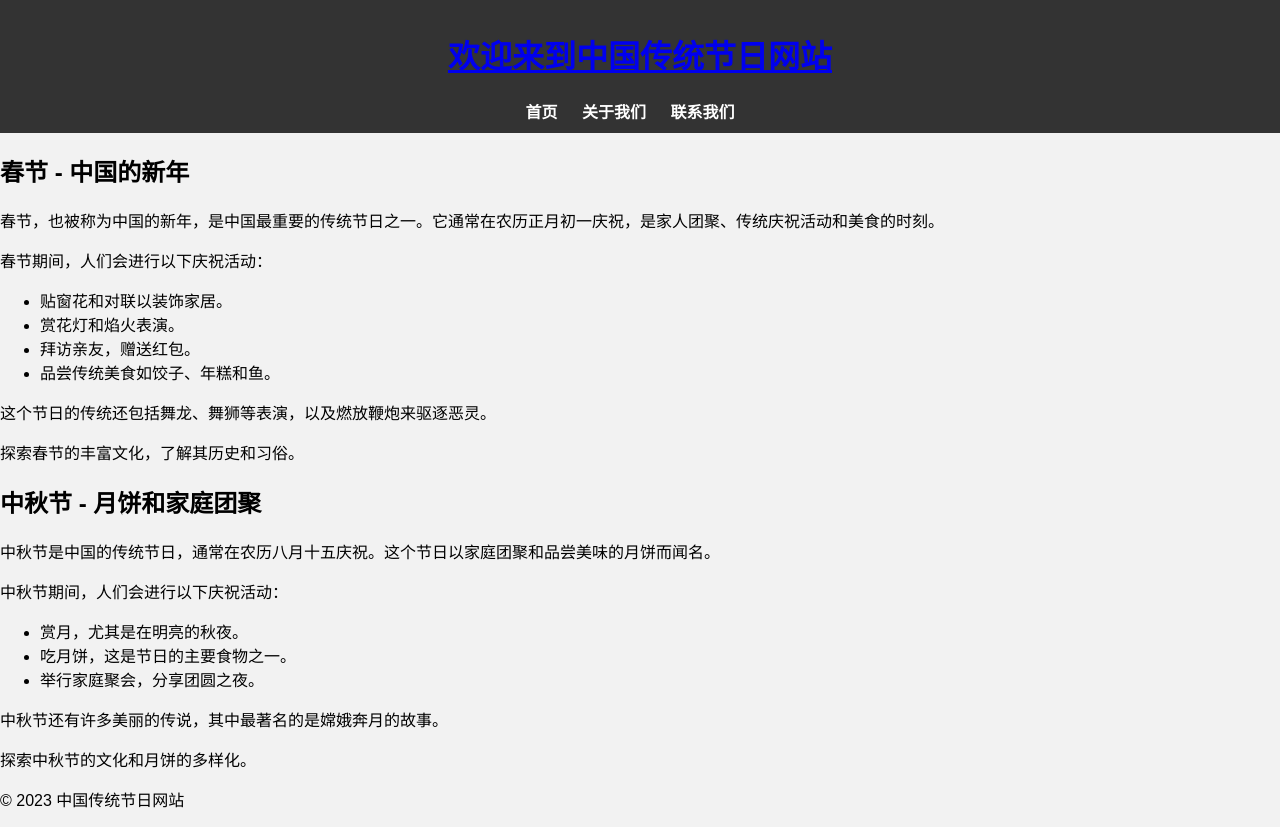
Repository: XueJie1/computer-operation-basics
Page: index.html
An editor plug-in stored every save of this project. The page is shown before and after the next save, followed by the edit.
The browser window is 1280 px wide. The pictures show the whole page.

Above is the page before, as saved 2023-08-30 14:14:33.

### index.html
<!DOCTYPE html>
<html lang="zh-CN">

<head>
    <meta charset="UTF-8">
    <meta name="viewport" content="width=device-width, initial-scale=1.0">
    <title>中国传统节日</title>
    <link rel="stylesheet" type="text/css" href="styles.css" />
    <script src="https://cdn.bootcdn.net/ajax/libs/jquery/3.6.4/jquery.js"></script>
</head>

<body>
    <div id="header"></div>
    <main>
        <section id="spring-festival">
            <h2>春节 - 中国的新年</h2>
            <p>春节，也被称为中国的新年，是中国最重要的传统节日之一。它通常在农历正月初一庆祝，是家人团聚、传统庆祝活动和美食的时刻。</p>
            <p>春节期间，人们会进行以下庆祝活动：</p>
            <ul>
                <li>贴窗花和对联以装饰家居。</li>
                <li>赏花灯和焰火表演。</li>
                <li>拜访亲友，赠送红包。</li>
                <li>品尝传统美食如饺子、年糕和鱼。</li>
            </ul>
            <p>这个节日的传统还包括舞龙、舞狮等表演，以及燃放鞭炮来驱逐恶灵。</p>
            <p>探索春节的丰富文化，了解其历史和习俗。</p>
        </section>

        <section id="mid-autumn-festival">
            <h2>中秋节 - 月饼和家庭团聚</h2>
            <p>中秋节是中国的传统节日，通常在农历八月十五庆祝。这个节日以家庭团聚和品尝美味的月饼而闻名。</p>
            <p>中秋节期间，人们会进行以下庆祝活动：</p>
            <ul>
                <li>赏月，尤其是在明亮的秋夜。</li>
                <li>吃月饼，这是节日的主要食物之一。</li>
                <li>举行家庭聚会，分享团圆之夜。</li>
            </ul>
            <p>中秋节还有许多美丽的传说，其中最著名的是嫦娥奔月的故事。</p>
            <p>探索中秋节的文化和月饼的多样化。</p>
        </section>

        <!-- 添加更多节日的信息 -->

    </main>


    <div id="footer"></div>
    <script>
        $("#header").load("./pages/header.html");
        $("#footer").load("./pages/footer.html");
    </script>
</body>

</html>

### styles.css
embed {
    width: 100%;
    scrollbar-width: none;
}

body {
    font-family: Arial, sans-serif;
    margin: 0;
    padding: 0;
    background-color: #f2f2f2;
}

/* 样式化导航菜单 */
header {
    background-color: #333;
    color: #fff;
    padding: 10px 0;
}

header h1{
    text-align: center;
}

nav ul {
    list-style-type: none;
    margin: 0;
    padding: 0;
    text-align: center;
}

nav ul li {
    display: inline;
    margin-right: 20px;
}

nav ul li a {
    text-decoration: none;
    color: #fff;
    font-weight: bold;
    font-size: 16px;
}

nav ul li a:hover {
    color: #ff9900; /* 鼠标悬停时的颜色 */
}

### pages/header.html
<header>
    <h1><a href="../index.html">欢迎来到中国传统节日网站</a></h1>
    <!-- 这里放置你的网站导航菜单、标志等内容 -->
    <nav>
        <ul>
            <li><a href="../index.html">首页</a></li>
            <li><a href="../about.html">关于我们</a></li>
            <li><a href="../contact.html">联系我们</a></li>
            <!-- 添加其他页面链接 -->
        </ul>
    </nav>
</header>

### pages/footer.html
<footer>
    <p>&copy; 2023 中国传统节日网站</p>
</footer>

After the next save:
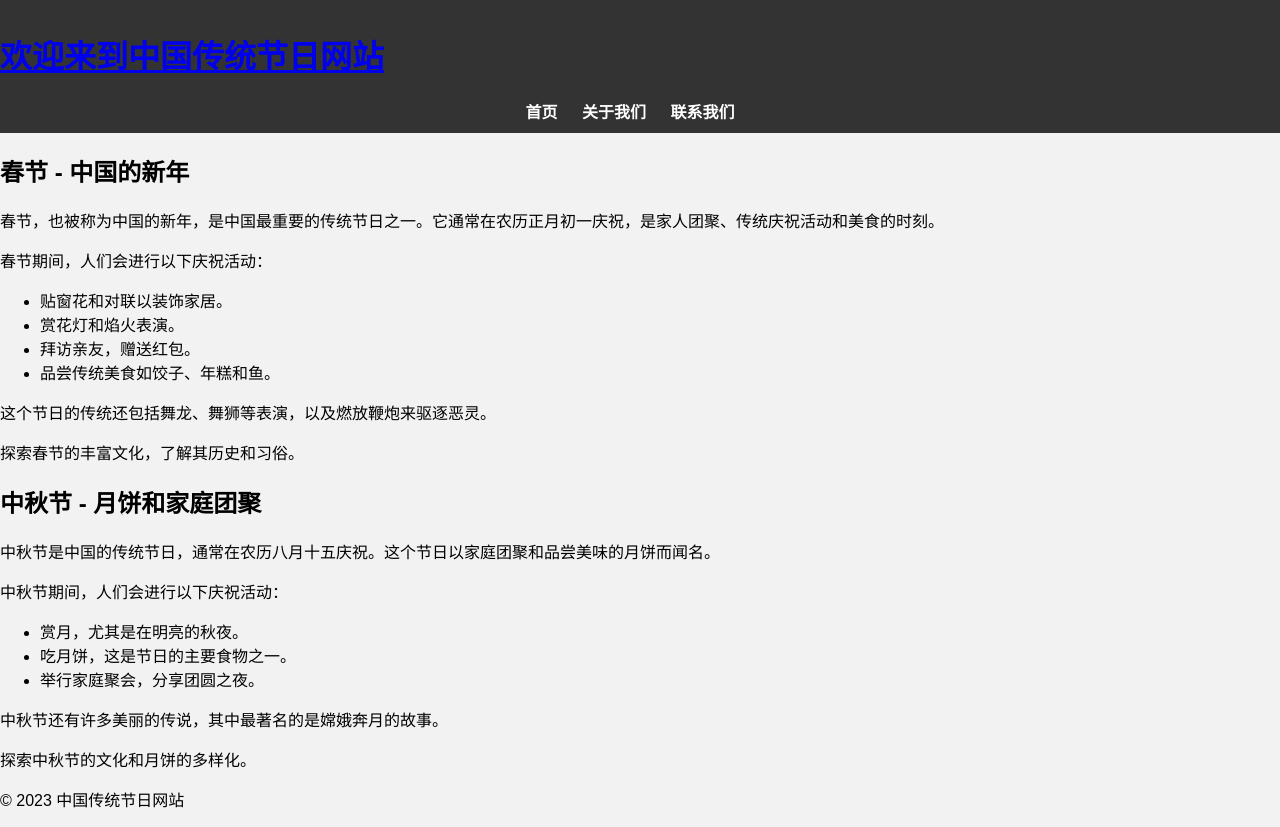
Saved 65 s later.
--- a/styles.css
+++ b/styles.css
@@ -18,7 +18,9 @@
 }
 
 header h1{
-    text-align: center;
+    text-align: center
+    text-decoration: none;
+    color: #fff;
 }
 
 nav ul {

After the save that followed:
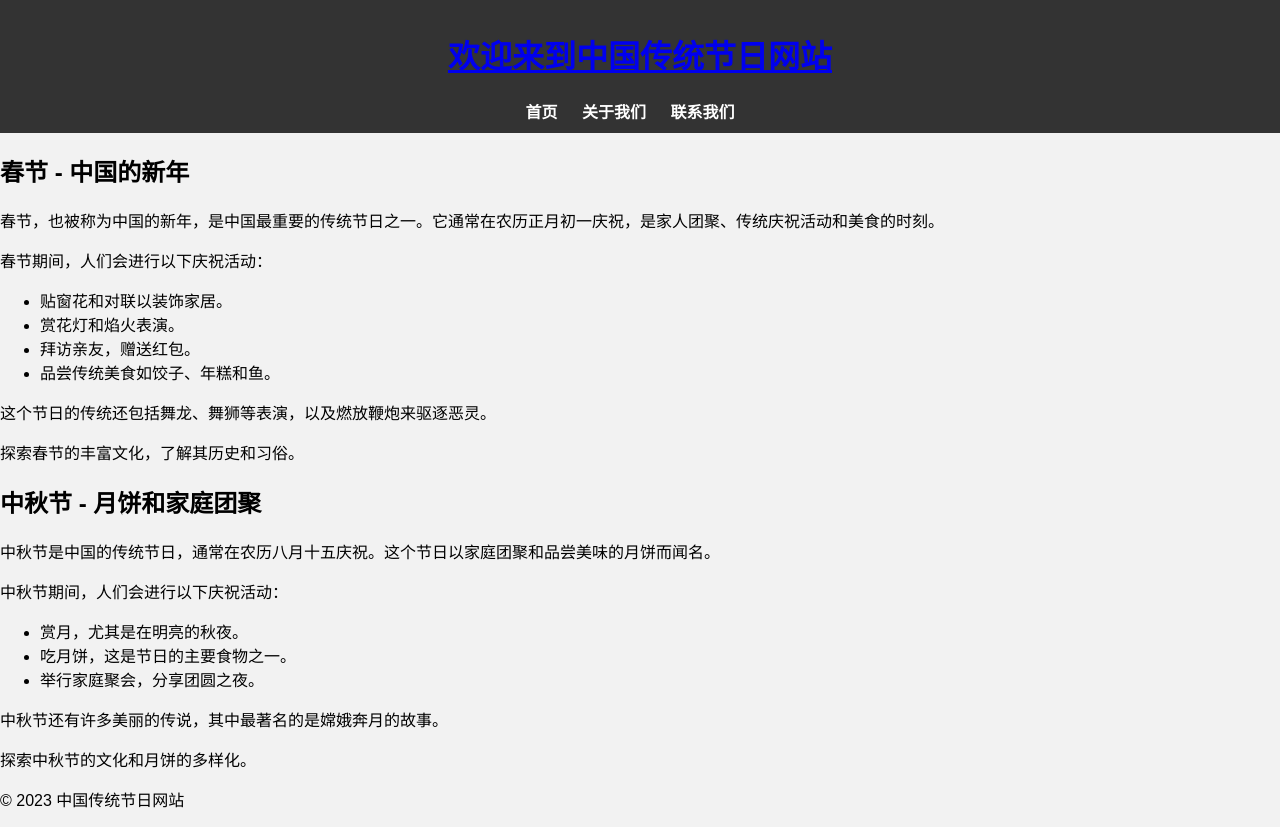
Saved 9 s later.
--- a/styles.css
+++ b/styles.css
@@ -18,7 +18,7 @@
 }
 
 header h1{
-    text-align: center
+    text-align: center;
     text-decoration: none;
     color: #fff;
 }
